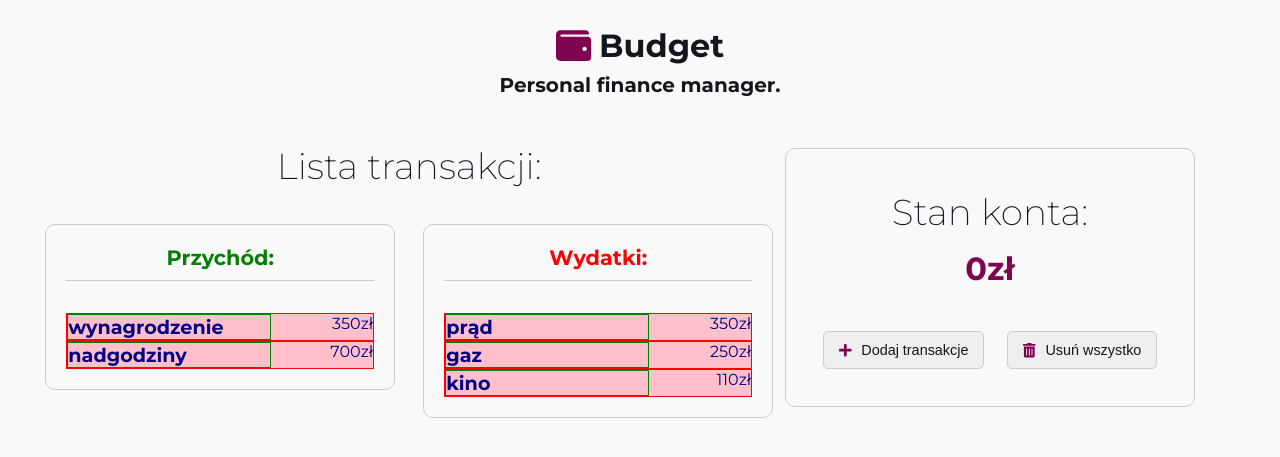
Repository: KrzysKolo/sr_tydzien4_zad4
Page: /
These files come from the project's save history. The page is drawn as it stood at one moment and after the next save; the edit follows.
The browser window is 1280 px wide. The pictures show the whole page.
Some web libraries are served in a nearby version. The project was rebuilt for these pictures with package versions that can differ from the ones it lists, and the page was loaded fresh each time. Also part of the build but not shown: src/components/budgetComponents/formComponents/Header.js, src/components/budgetComponents/formComponents/ErrorMessage.js, src/components/budgetComponents/formComponents/Input.js, src/components/budgetComponents/formComponents/Select.js.

Above is the page before, as saved 2020-12-04 11:04:56.

### public/index.html
<!DOCTYPE html>
<html lang="en">
  <head>
    <meta charset="utf-8" />
    <link rel="icon" href="%PUBLIC_URL%/favicon.ico" />
    <meta name="viewport" content="width=device-width, initial-scale=1" />
    <meta name="theme-color" content="#000000" />
    <meta
      name="description"
      content="Web site created using create-react-app"
    />
    <link rel="apple-touch-icon" href="%PUBLIC_URL%/logo192.png" />
    <!--
      manifest.json provides metadata used when your web app is installed on a
      user's mobile device or desktop. See https://developers.google.com/web/fundamentals/web-app-manifest/
    -->
    <link rel="manifest" href="%PUBLIC_URL%/manifest.json" />
    <!--
      Notice the use of %PUBLIC_URL% in the tags above.
      It will be replaced with the URL of the `public` folder during the build.
      Only files inside the `public` folder can be referenced from the HTML.

      Unlike "/favicon.ico" or "favicon.ico", "%PUBLIC_URL%/favicon.ico" will
      work correctly both with client-side routing and a non-root public URL.
      Learn how to configure a non-root public URL by running `npm run build`.
    -->
    <link
      href="https://fonts.googleapis.com/css?family=Montserrat:200,400,700&display=swap&subset=latin-ext"
      rel="stylesheet"
    />
    <script
      src="https://kit.fontawesome.com/327a0d490c.js"
      crossorigin="anonymous"
    ></script>
    <title>Budget</title>
  </head>
  <body>
    <noscript>You need to enable JavaScript to run this app.</noscript>
    <div id="root"></div>
    <!--
      This HTML file is a template.
      If you open it directly in the browser, you will see an empty page.

      You can add webfonts, meta tags, or analytics to this file.
      The build step will place the bundled scripts into the <body> tag.

      To begin the development, run `npm start` or `yarn start`.
      To create a production bundle, use `npm run build` or `yarn build`.
    -->
  </body>
</html>

### src/App.js
import React from 'react';
import Budget from './components/Budget'

const App = () => {
  return (
    <>
      <Budget/>
    </>
  )
}

export default App;

### src/components/Budget.js
import React from 'react';
import Header from './budgetComponents/Header';
import Section from './budgetComponents/Section';
import SectionInfo from './budgetComponents/SectionInfo';
import H2 from './budgetComponents/sectionComponents/H2';
import ExpenseTransaction from './data/ExpenseTransaction';
import IncomeTransaction from './data/IcomeTransaction';
import styled, { createGlobalStyle } from 'styled-components';

const GlobalStyle = createGlobalStyle`
    * {
        padding: 0;
        margin: 0;
        box-sizing: border-box;
    }
    body {
        background-color: #f9f9f9;
        color: #14161f;
        font-family: "Montserrat", sans-serif;
        font-size: 16px;
        min-height: 100vh;
    }
    `;
const Container = styled.main`
    font-size: 1.5rem;
`;
const SectionContainer = styled.section`
    display: flex;
    flex-direction: row;
    justify-content: center;
    align-items: center;
`;
const SectionBudget = styled.section`
    display: flex;
    flex-direction: column;
    justify-content: center;
    align-items: center;
`;
const DivItems = styled.div`
    display: flex;
    flex-direction: row;
    justify-content: center;
    align-items: flex-start;

`;
const Budget = () => {
    return (
        <>
            <GlobalStyle />
            <Container>
                <Header />
                <SectionContainer>
                    <SectionBudget>
                        <H2 title="Lista transakcji" />
                        <DivItems>
                            <Section title="Przychód" label="p" data={IncomeTransaction}/>
                            <Section title="Wydatki" data={ExpenseTransaction} />
                        </DivItems>
                    </SectionBudget>
                    <SectionInfo title="Stan konta" />
                </SectionContainer>
            </Container>

        </>
    )
}

export default Budget;

### src/components/budgetComponents/Header.js
import React from 'react';
import styled from 'styled-components';
import { FontAwesomeIcon } from '@fortawesome/react-fontawesome';
import { faWallet } from '@fortawesome/free-solid-svg-icons';

const SectionHeader = styled.header`
    align-items: center;
    color: rgb(127, 5, 80);
    display: flex;
    font-size: 2.2rem;
    flex-direction: column;
    justify-content: center;
    padding: 2%;
`;
const DivHeader = styled.div`
    align-items: center;
    display: flex;
    flex-direction: row;
    justify-content: center;
    margin-bottom: 0.5rem;
`;
const H1Header = styled.h1`
    color: #14161f;
    font-size: 2rem;
    margin-left: .5rem;
`;
const H2Header = styled.h2`
    color: #14161f;
    font-size: 1.25rem;
`;
const Header = () => {
    return (
        <SectionHeader>
            <DivHeader>
                <FontAwesomeIcon icon={faWallet}/>
                <H1Header>Budget</H1Header>
            </DivHeader>
            <H2Header>Personal finance manager.</H2Header>
        </SectionHeader>
    )
}

export default Header;

### src/components/budgetComponents/Section.js
import React from 'react';
import { H1, DivData }from './sectionComponents/index';

import styled from 'styled-components';

const SectionWrapper = styled.section`
    border: 1px solid #ccc;
    border-radius: 10px;
    display: flex;
    flex-direction: column;
    font-size: 1.3rem;
    justify-content: center;
    align-items: center;
    margin: 2%;
    padding: 20px;
    min-width: 350px;
    width: 50%;
`;
const Section = ({ title, label, data }) => {
   return (
        <SectionWrapper>
           <H1 title={title} label={label} />
           <DivData data={data} />
        </SectionWrapper>
    )
}

export default Section;

### src/components/budgetComponents/SectionInfo.js
import React, { useState } from 'react';
import { H2, P } from './sectionComponents/index';
import Form from './Form';
import Button from './../budgetComponents/buttons/Button';
import styled from 'styled-components';
import { faPlus,  faTrashAlt } from '@fortawesome/free-solid-svg-icons';
const SectionWrapper = styled.section`
    border: 1px solid #ccc;
    border-radius: 10px;
    display: flex;
    flex-direction: column;
    margin: 2vw;
    padding: 2%;
`;
const ButtonWrapper = styled.div`
    display: flex;
    flex-direction: row;
`;

const SectionInfo = ({ title }) => {
    const [showForm, setShowForm] = useState(false);
    const openForm = () =>{
        setShowForm(prev => !prev);
  };
    return (
        <>
        <SectionWrapper>
           <H2 title={title}> </H2>
           <P />
           <ButtonWrapper>
                <Button onClick={openForm} title="Dodaj transakcje" icons={faPlus} />
                <Button title="Usuń wszystko" icons={faTrashAlt} type="submit"/>
           </ButtonWrapper>

        </SectionWrapper>
        <Form showForm={showForm} setShowForm={setShowForm} />
        </>
    )
}

export default SectionInfo;

### src/components/budgetComponents/sectionComponents/H2.js
import React from 'react'
import styled from 'styled-components';

const TitleH2 = styled.h2`
    font-weight: 200;
    margin: 2% auto;
    padding: 0.5rem;
`;

const H2 = ({title}) => {
    return (
        <TitleH2>
            {title}:
        </TitleH2>
    )
}

export default H2;

### src/components/data/ExpenseTransaction.js
const ExpenseTransaction=[
    { id: 0, category: "Rachunki", name: "prąd", amount: "350"},
    { id: 1, category: "Rachunki", name: "gaz", amount: "250"},
    { id: 3, category: "Kultura", name: "kino", amount: "110"},

];
export default ExpenseTransaction;

### src/components/data/IcomeTransaction.js
const IncomeTransaction = [
    { id: 0, category: "Przychód", name: "wynagrodzenie", amount: "350"},
    { id: 1, category: "Przychód", name: "nadgodziny", amount: "700"},
];
export default IncomeTransaction;

### src/components/budgetComponents/sectionComponents/index.js
export { default as H1 } from './H1';
export { default as H2 } from './H2';
export { default as P } from './P';
export { default as DivData } from './DivData';

### src/components/budgetComponents/Form.js
import React, { useState } from 'react';
import { Header, Input, Select } from './formComponents/';
import Button from './buttons/Button';
import styled from 'styled-components';
import SelectOptions from './../data/SelectOptions';
import { faBusinessTime, faSave, faWindowClose } from '@fortawesome/free-solid-svg-icons';
import { useFormik } from 'formik';
import * as yup from 'yup';

const FormWrapper = styled.form`
    background-color: #f9f9f9;
    border: 4px double rgb(127, 5, 80);
    border-radius: 10px;
    box-shadow: 3px 3px 5px rgba(127, 5, 80, 0.5);
    color: rgb(127, 5, 80);
    position: fixed;
    display: flex;
    flex-direction: column;
    justify-content: center;
    align-items: center;
    padding: 10px;
    width: 20vw;
    min-width: 300px;
`;
const ButtonWrapper = styled.div`
    display: flex;
    flex-direction: row;
    justify-content: center;
    border-top: 1px solid rgba(127, 5, 80, 0.3);
    padding-top: 10px;
    margin-top: 1.4rem;
`;

const FormData = ({ showForm, setShowForm }) => {
    const initialValues  = {
        name: '',
        amount: '',
        category: -1,
    };
    const validationSchema = yup.object({
        name: yup.string().required("Required").min(3, "Musi być min 3 znaki").max(50,"Moze być max 50 znaków"),
        amount: yup.number().required("Required").min(1, "Musi być conajmniej 1 cyfra"),
        category: yup.number().required("Musi być wybrane").min(0, ).max(5),
    })
    const onSubmit = ( values, {resetForm} ) => {
        console.log('Form data', values);
        setShowMessage(true);
        resetForm();
    };
    const closeForm = () => {
        setShowForm(false);
    };

    const [ showMessage, setShowMessage ] = useState(false);
    const formik = useFormik({
        initialValues,
        validationSchema,
        onSubmit,
    });
    return (
        <>
        { showForm &&
        <FormWrapper onSubmit={formik.handleSubmit}>
            <Header icons={faBusinessTime} title={"Dodaj transakcje!"} />
            <Input type="text" label="Nazwa transakcji" name="name" placeholder="nazwa transakcji..." onChange={formik.handleChange} value={formik.values.name} onBlur={formik.handleBlur} error={formik.errors.name} message={formik.errors.name} touched={formik.touched.name} />
            <Input type="text" label="Kwota transakcji" name="amount" placeholder="kwota..." onChange={formik.handleChange} value={formik.values.amount} onBlur={formik.handleBlur} error={formik.errors.amount} message={formik.errors.amount} touched={formik.touched.amount}/>
            <Select options={SelectOptions} label="Wybierz kategorię transakcji" name="category" onChange={formik.handleChange} value={formik.values.category} onBlur={formik.handleBlur} error={formik.errors.category} message={formik.errors.category} touched={formik.touched.category}/>
            <ButtonWrapper>
                <Button type="save" title="Zapisz" icons={faSave} />
                <Button title="Anuluj" icons={faWindowClose} type="cancel" onClick={closeForm} />
            </ButtonWrapper>
        </FormWrapper>
        }
        </>
    )
}

export default FormData;

### src/components/budgetComponents/buttons/Button.js
import React from 'react';
import styled from 'styled-components';
import { FontAwesomeIcon } from '@fortawesome/react-fontawesome';

const ButtonDiv = styled.button`
    border: 1px solid #ccc;
    border-radius: 5px;
    margin: 0.7rem;
    padding: 10px 15px;
    display: flex;
    flex-direction: row;
    align-items: center;
    color: rgb(127, 5, 80);
    font-size: 0.9rem;
    cursor: pointer;
    transition: 0.3s ease-in-out;
    &:hover {
        border: 1px solid rgba(127, 5, 80, 0.4);
        background-color:  #f9f9f9;
        color: rgba(127, 5, 80, 0.5);
    }
`;
const ButtonTitleDiv = styled.div`
    margin-left: 10px;
    color: #14161f;
`;
const Button = ({ title, icons, onClick }) => {
    return (
        <ButtonDiv onClick={onClick}>
            <FontAwesomeIcon icon={icons} />
            <ButtonTitleDiv>{title}</ButtonTitleDiv>
        </ButtonDiv>
    )
}

export default Button;

### src/components/budgetComponents/sectionComponents/H1.js
import React from 'react'
import styled from 'styled-components';

const TitleH1Styles = (label) => `
border-bottom: 1px solid #ccc;
color: ${label ? 'green' : 'red'};
margin-bottom: 2rem;
padding-bottom: 10px;
display: block;
width: 100%;
text-align: center;
`;
const TitleH1 = styled.h1`
      ${props => TitleH1Styles(props.label)}
`;

const H1 = (props) => {
    const { title, label } = props;
    return (
        <TitleH1 label={label}>
            {title}:
        </TitleH1>
    )
}

export default H1;

### src/components/budgetComponents/sectionComponents/P.js
import React from 'react';
import styled from 'styled-components';

const InfoP = styled.p`
    color: rgb(127, 5, 80);
    font-size: 2rem;
    font-weight: bold;
    width: 100%auto;
    text-align: center;
    padding-bottom: 2rem;
`;

const P = () => {
    return (
        <InfoP>
            0zł
        </InfoP>
    )
}

export default P;

### src/components/budgetComponents/sectionComponents/DivData.js
import React from 'react';
import styled from 'styled-components';

const Container = styled.div`
    background: pink;
    width: 100%;
    display: flex;
    flex-direction: column;
    justify-content: flex-start;
    align-items: flex-start;
    align-content: flex-start;
`;
const DivWrapper = styled.div`
    color: navy;
    display: grid;
    grid-template-columns: 2fr 1fr;
    border: 1px solid red;
    width: 100%;
`;
const NameH3 = styled.h3`
    border: 1px solid green;
    font-size: 1.2rem;
    display: block;
    text-align: left;
    max-width: 500px;

`;
const AmountSpan = styled.span`
    font-size: 1rem;
    text-align: right;
    display: inline-block;
`;
const DivData = ({data}) => {
    return (
        <Container>
            {data.map(item => (<DivWrapper key={item.id}> <NameH3>{item.name}</NameH3><AmountSpan>{item.amount}zł</AmountSpan> </DivWrapper>)) }
        </Container>
    )
}

export default DivData;

### src/components/budgetComponents/formComponents/index.js
export { default as Header } from './Header';
export { default as Input } from './Input';
export { default as ErrorMessage } from './ErrorMessage';
export { default as Select } from './Select';

### src/components/data/SelectOptions.js
const SelectOptions=[
    { id: -1, value: "-1", label:"", title: 'Select...' },
    { id: 0, value: "0", label:"[+]", title: 'Przychód' },
    { id: 1, value: "1", label:"[-]", title: 'Rachunki' },
    { id: 2, value: "2", label:"[-]", title: 'Sport' },
    { id: 3, value: "3", label:"[-]", title: 'Wyżywienie' },
    { id: 4, value: "4", label:"[-]", title: 'Kultura' },
    { id: 5, value: "5", label:"[-]", title: 'Wypoczynek' },
];
export default SelectOptions;

Loaded but not shown: src/index.js (common file); src/index.css (common file)

After the next save:
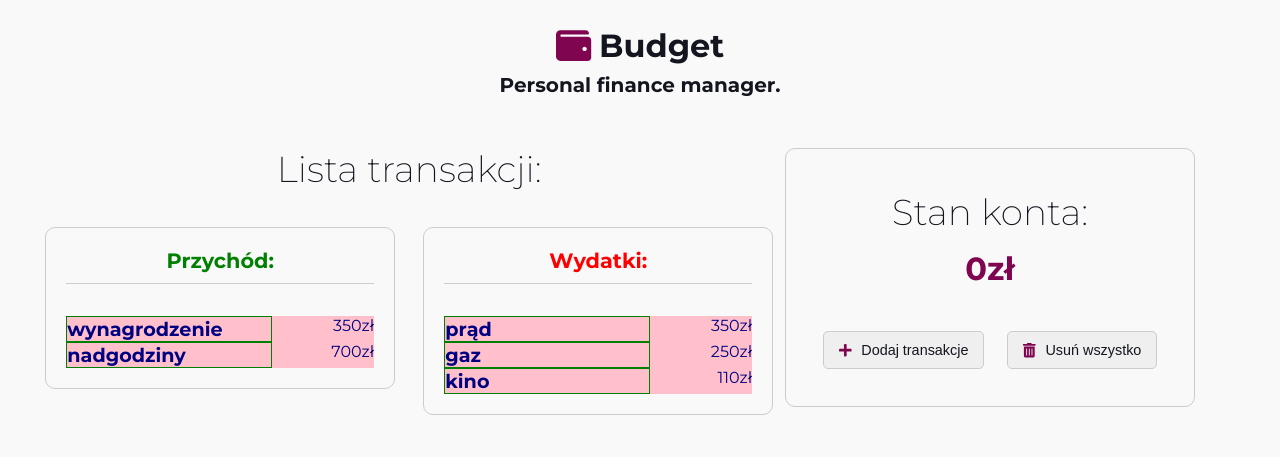
Saved 47 s later.
--- a/src/components/budgetComponents/sectionComponents/DivData.js
+++ b/src/components/budgetComponents/sectionComponents/DivData.js
@@ -14,7 +14,6 @@ const DivWrapper = styled.div`
     color: navy;
     display: grid;
     grid-template-columns: 2fr 1fr;
-    border: 1px solid red;
     width: 100%;
 `;
 const NameH3 = styled.h3`
@@ -22,8 +21,6 @@ const NameH3 = styled.h3`
     font-size: 1.2rem;
     display: block;
     text-align: left;
-    max-width: 500px;
-
 `;
 const AmountSpan = styled.span`
     font-size: 1rem;
